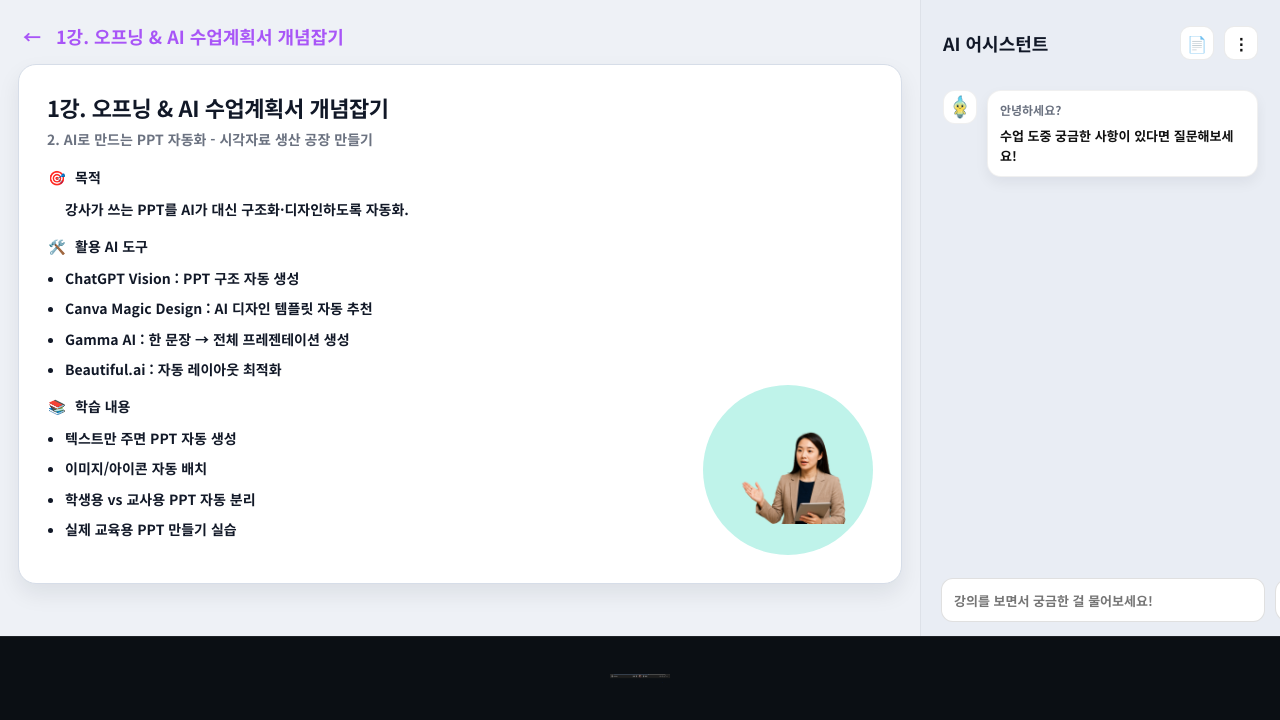
Repository: Iimchaehoon/level_up
Page: player.html
The author's editor kept a copy of each file at every save. The page is drawn from the files as they stood at one save, then again after the next save.
The browser window is 1280 px wide. The pictures show the whole page.

Above is the page before, as saved 2025-12-14 19:34:18.

After the next save:
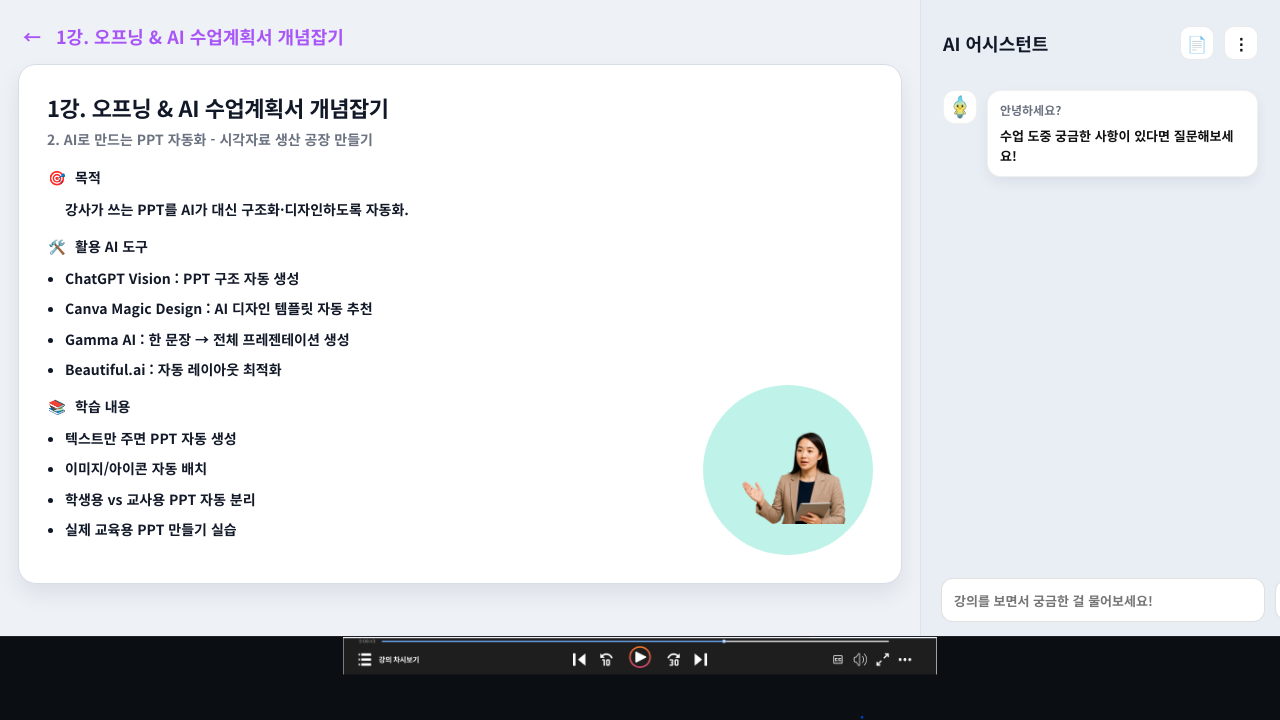
Saved 9 s later.
--- a/player.html
+++ b/player.html
@@ -273,7 +273,7 @@
       border-top:1px solid rgba(255,255,255,.08);
     }
     .playerbar img{
-      height:10%;
+      height:100%;
       width:100%;
       object-fit:contain; /* 피그마처럼 한 장 이미지로 꽉 */
     }
